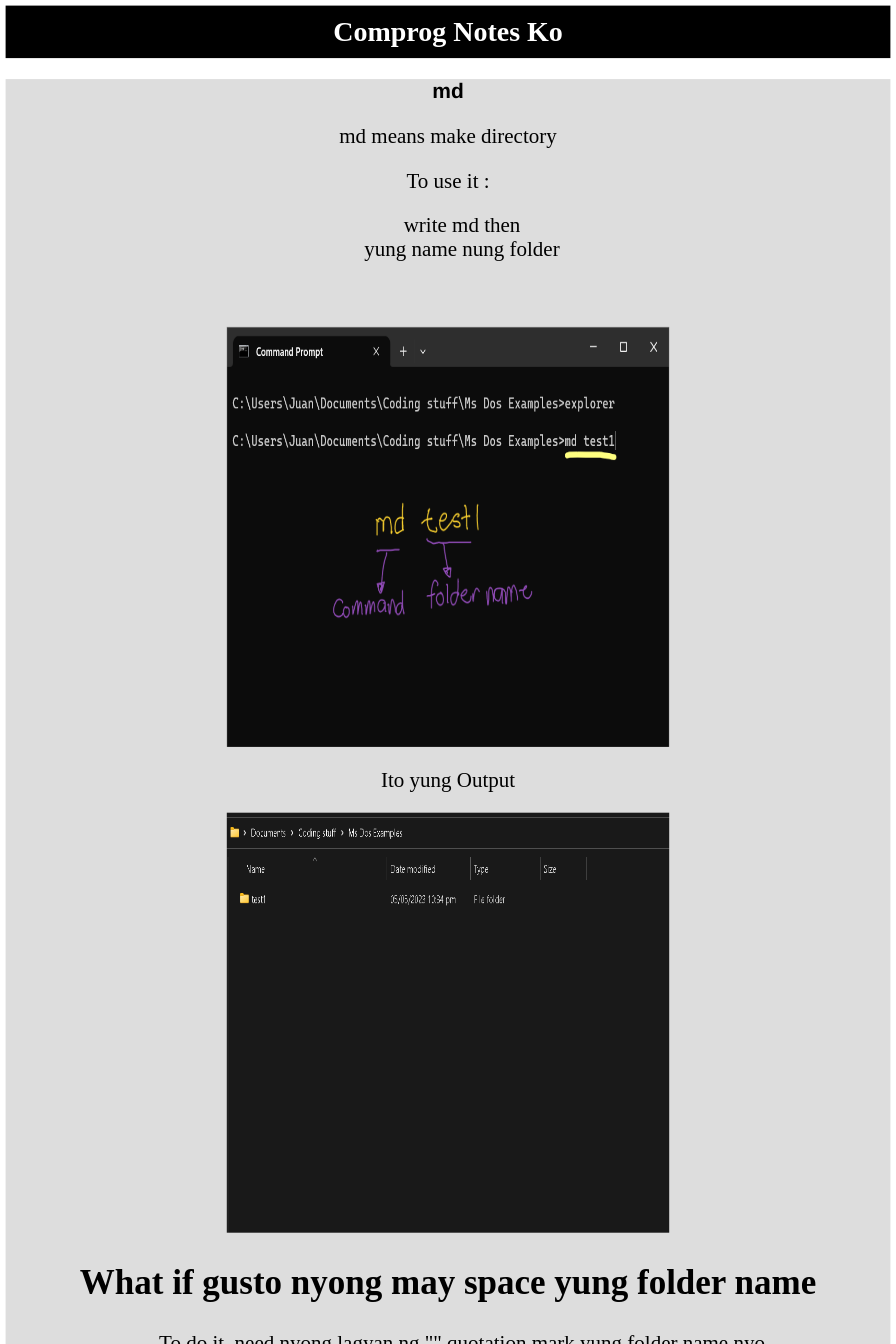
Repository: zwainer/Comprog
Page: index.html
An editor plug-in stored every save of this project. The page is shown before and after a run of saves, followed by the edit.
The browser window is 1280 px wide. The pictures show the part of the page from y = 0 to 1920 px (the page is 8232 px tall before and 8296 px after), at 70% of full size.

Above is the page before, as saved 2023-05-06 01:08:57.

After the next 3 saves:
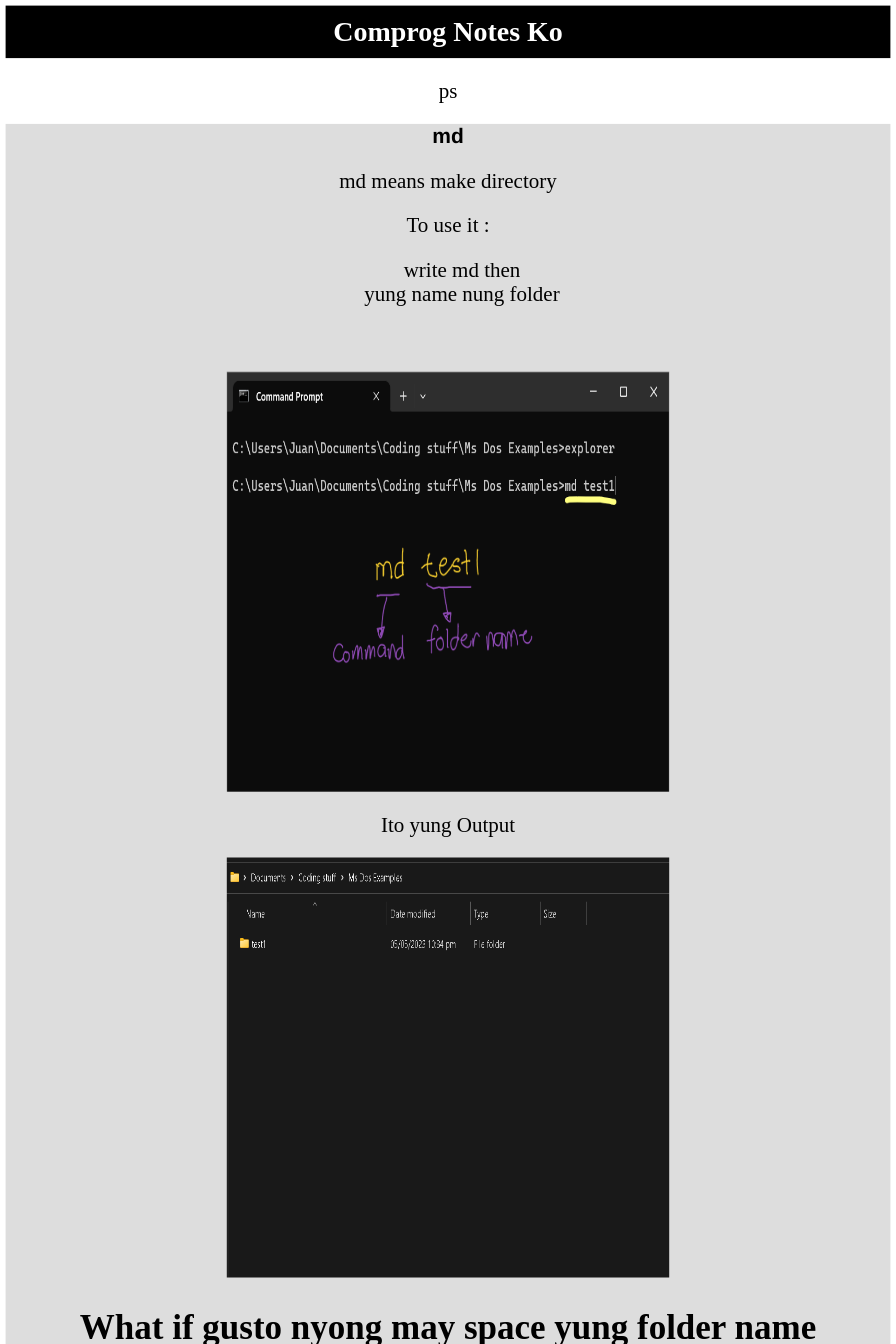
The 3 saves are shown as one change because they came seconds apart.
The last was saved 3 min 20 s later.
--- a/index.html
+++ b/index.html
@@ -8,6 +8,7 @@
 	<div class="header">
 
 		<h1 class="mainHead">Comprog Notes Ko</h1>
+		<p>ps</p>
 
 	</div>
 
